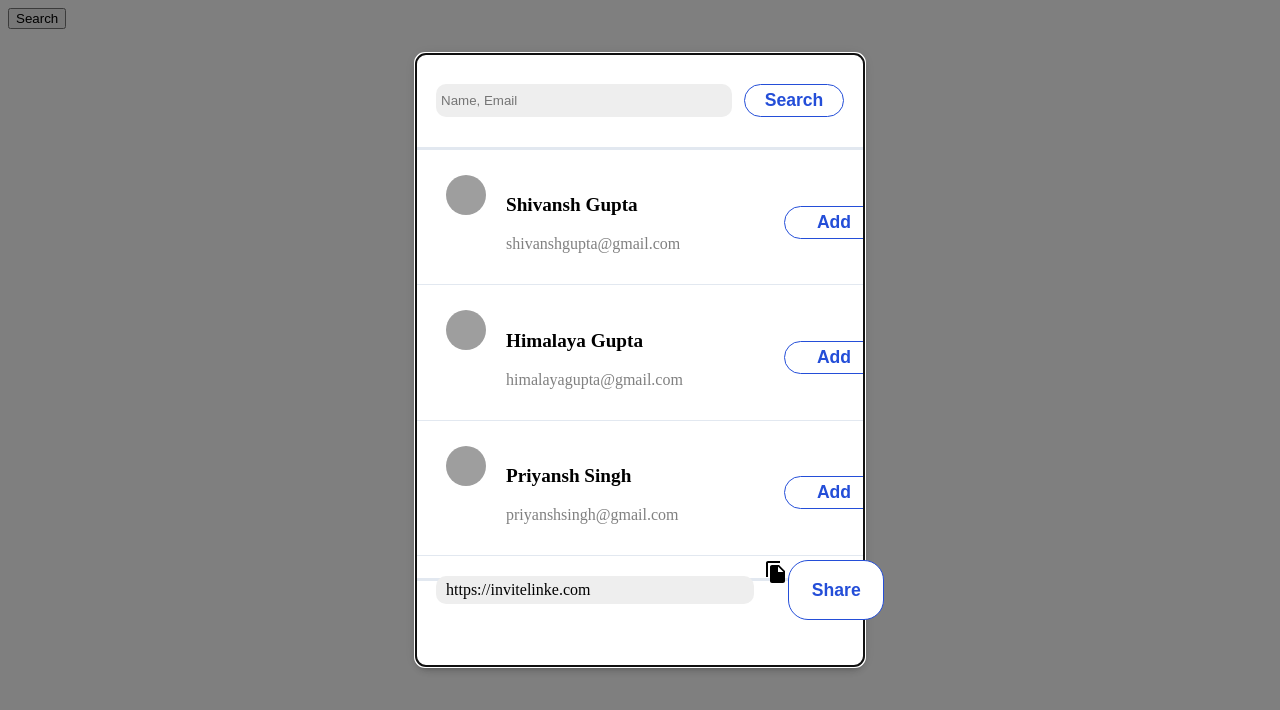
Repository: shiv0403/event-planner
Page: /, after clicking the first element matching `button`
These files come from the project's save history. The page is drawn as it stood at one moment and after the next save; the edit follows.
The browser window is 1280 px wide. The pictures show the whole page.
Pictures or frames that could not be fetched are drawn as grey boxes. An inner scrolling area shows only its first screen. The project was rebuilt for these pictures with package versions that can differ from the ones it lists, and the page was loaded fresh each time.

Above is the page before, as saved 2021-07-27 13:06:33.

### src/App.js
import React from "react";
import Modal from "./Components/SearchModal/SearchModal";

function App() {
  return (
    <div className="App">
      <Modal />
    </div>
  );
}

export default App;

### src/Components/SearchModal/SearchModal.js
import React, { useState } from "react";
import { makeStyles } from "@material-ui/core/styles";
import Modal from "@material-ui/core/Modal";
import Backdrop from "@material-ui/core/Backdrop";
import Fade from "@material-ui/core/Fade";
import FileCopyIcon from "@material-ui/icons/FileCopy";

import SearchPerson from "./SearchPerson";

import "./SearchModal.css";

const useStyles = makeStyles((theme) => ({
  modal: {
    display: "flex",
    alignItems: "center",
    justifyContent: "center",
  },
  paper: {
    backgroundColor: theme.palette.background.paper,
    boxShadow: theme.shadows[5],
    // padding: theme.spacing(2, 4, 3),
    width: "35%",
    borderRadius: "10px",
    height: "85%",
  },
}));

export default function TransitionsModal() {
  const classes = useStyles();
  const [open, setOpen] = useState(false);
  const [data, setData] = useState([
    {
      name: "Shivansh Gupta",
      email: "shivanshgupta@gmail.com",
    },
    {
      name: "Himalaya Gupta",
      email: "himalayagupta@gmail.com",
    },
    {
      name: "Priyansh Singh",
      email: "priyanshsingh@gmail.com",
    },
    {
      name: "asdlkfj lskdjf",
      email: "sadlkfj@lskdf.com",
    },

    {
      name: "asdlkfj lskdjf",
      email: "sadlkfj@lskdf.com",
    },
    {
      name: "asdlkfj lskdjf",
      email: "sadlkfj@lskdf.com",
    },
    {
      name: "asdlkfj lskdjf",
      email: "sadlkfj@lskdf.com",
    },
    {
      name: "asdlkfj lskdjf",
      email: "sadlkfj@lskdf.com",
    },
    {
      name: "asdlkfj lskdjf",
      email: "sadlkfj@lskdf.com",
    },
  ]);

  const handleOpen = () => {
    setOpen(true);
  };

  const handleClose = () => {
    setOpen(false);
  };

  return (
    <div>
      <button type="button" onClick={handleOpen}>
        Search
      </button>
      <Modal
        aria-labelledby="transition-modal-title"
        aria-describedby="transition-modal-description"
        className={classes.modal}
        open={open}
        onClose={handleClose}
        closeAfterTransition
        BackdropComponent={Backdrop}
        BackdropProps={{
          timeout: 500,
        }}
      >
        <Fade in={open}>
          <div className={classes.paper}>
            <div className="search__header">
              <input type="text" placeholder="Name, Email" />
              <button type="submit"> Search</button>
            </div>
            <div className="search__body">
              {data.map((person) => (
                <SearchPerson name={person.name} email={person.email} />
              ))}
            </div>
            <div className="search__footer">
              <p>https://invitelinke.com</p>
              <FileCopyIcon />
              <button type="submit">Share</button>
            </div>
          </div>
        </Fade>
      </Modal>
    </div>
  );
}

### src/Components/SearchModal/SearchPerson.js
import React from "react";
import Avatar from "@material-ui/core/Avatar";

import "./SearchPerson.css";

function SearchPerson({ name, email }) {
  return (
    <div className="search__person">
      <div className="sp__details">
        <div className="sp__details__avatar">
          <Avatar alt="Remy Sharp" src="/static/images/avatar/1.jpg" />
        </div>
        <div className="sp__details__cred">
          <h3>{name}</h3>
          <p>{email}</p>
        </div>
      </div>

      <div className="sp__add">
        <button type="submit">Add</button>
      </div>
    </div>
  );
}

export default SearchPerson;

### src/Components/SearchModal/SearchModal.css
.search__header {
  display: flex;
  justify-content: space-between;
  padding: 30px 20px;
  border-bottom: 3px solid #e2e8f0;
}

.search__header > input {
  border-radius: 10px;
  width: 70%;
  padding: 5px;
  margin-right: 10px;
  background-color: #eee;
  outline: none;
  border: 0px;
}

.search__header > button {
  padding: 5px 3px;
  width: 100px;
  border: 1px #244ed8 solid;
  font-size: 1.1rem;
  border-radius: 20px;
  background-color: #fff;
  font-weight: 800;
  color: #244ed8;
}

.search__body {
  overflow-y: auto;
  height: 70%;
  border-bottom: 3px solid #e2e8f0;
}

.search__body::-webkit-scrollbar {
  display: none;
}

.search__footer {
  display: flex;
  justify-content: space-between;
  margin-top: 40px;
  padding: 20px;
  position: absolute;
  bottom: 80px;
  width: 35%;
  /* border-top: 1px solid #e2e8f0; */
}

.search__footer > p {
  background-color: #eee;
  padding: 5px 10px;
  width: 70%;
  border-radius: 10px;
  margin-right: 10px;
}

.search__footer > button {
  padding: 5px 3px;
  width: 100px;
  border: 1px #244ed8 solid;
  font-size: 1.1rem;
  border-radius: 20px;
  background-color: #fff;
  font-weight: 800;
  color: #244ed8;
}

.search__footer > button:hover {
  background-color: RGBA(36, 78, 216, 0.1);
  box-shadow: inset 0 0 0 1.5px #244ed8;
  transition: all 0.3s;
}

### src/Components/SearchModal/SearchPerson.css
.search__person {
  display: flex;
  justify-content: space-between;
  align-items: center;
  padding: 5px 20px;
  width: 100%;
  margin: 10px auto;
}

.search__person:not(:last-child) {
  border-bottom: 1px #e2e8f0 solid;
}

.sp__details {
  /* background-color: #eee; */
  display: flex;
  border-radius: 10px;
  width: 95%;
  padding: 10px;
  margin-right: 10px;
}

.sp__details__avatar {
  margin-right: 20px;
}

.sp__details__cred > h3 {
  font-size: 1.2rem;
  font-weight: 800;
}

.sp__details__cred > p {
  font-size: 1rem;
  margin-top: 5px;
  color: gray;
}

.sp__add > button {
  padding: 5px 3px;
  width: 100px;
  border: 1px #244ed8 solid;
  font-size: 1.1rem;
  border-radius: 20px;
  background-color: #fff;
  font-weight: 800;
  color: #244ed8;
}

.sp__add > button:hover {
  background-color: RGBA(36, 78, 216, 0.1);
  box-shadow: inset 0 0 0 1.5px #244ed8;
  transition: all 0.3s;
}

/*
#f7fafc
#2563eb
#414a59
#244ed8 */

Loaded but not shown: public/index.html (common file); src/index.js (common file)

After the next save:
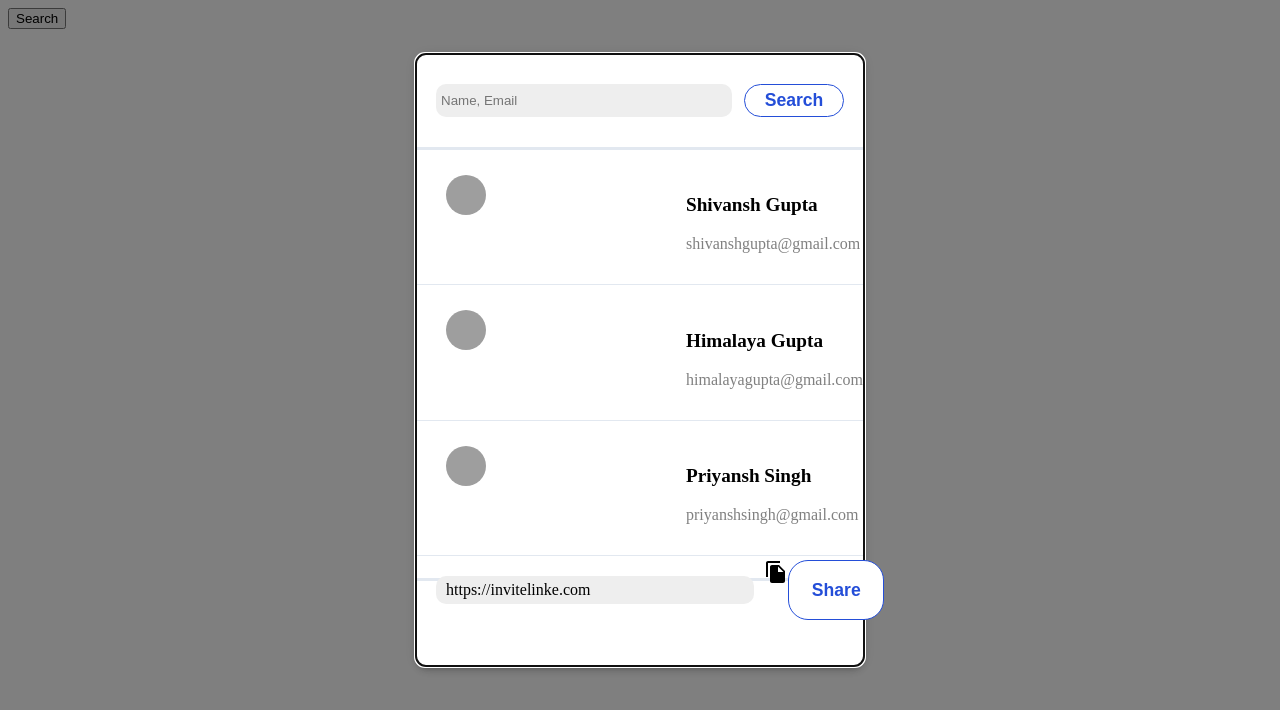
Saved 24 s later.
--- a/src/Components/SearchModal/SearchPerson.css
+++ b/src/Components/SearchModal/SearchPerson.css
@@ -21,7 +21,7 @@
 }
 
 .sp__details__avatar {
-  margin-right: 20px;
+  margin-right: 200px;
 }
 
 .sp__details__cred > h3 {

After the save that followed:
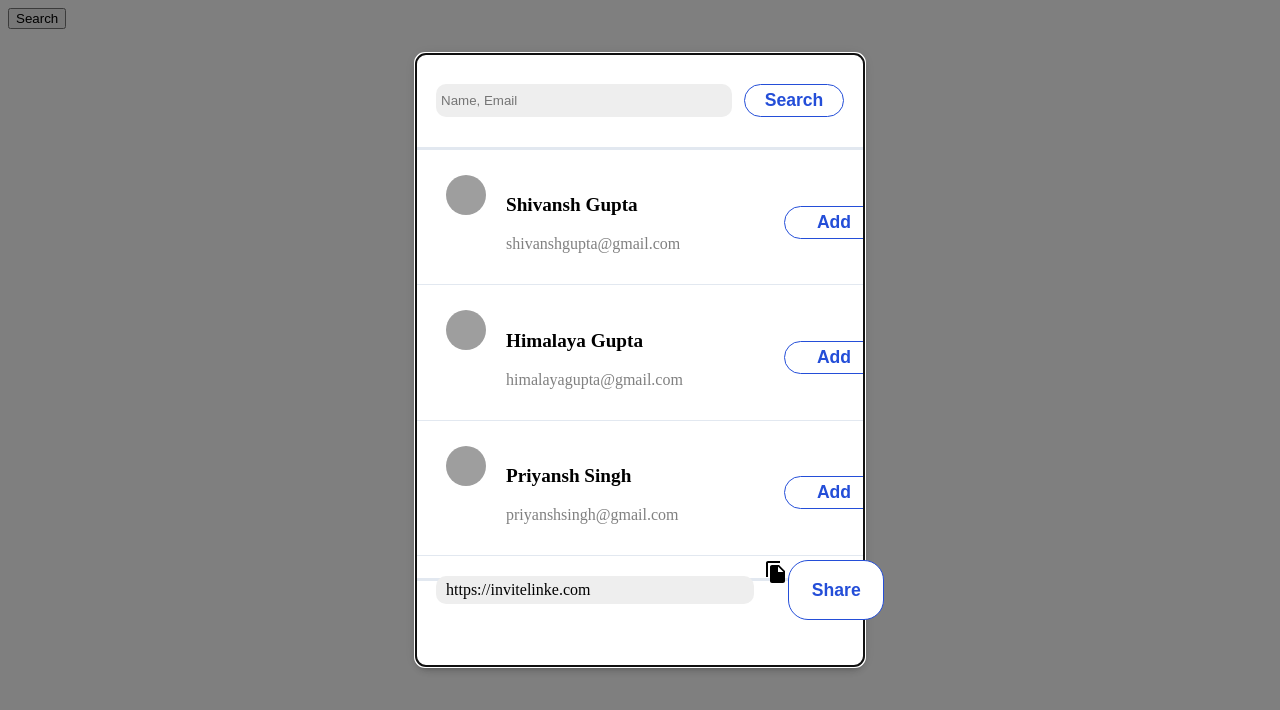
Saved 5 s later.
--- a/src/Components/SearchModal/SearchPerson.css
+++ b/src/Components/SearchModal/SearchPerson.css
@@ -21,7 +21,7 @@
 }
 
 .sp__details__avatar {
-  margin-right: 200px;
+  margin-right: 20px;
 }
 
 .sp__details__cred > h3 {
